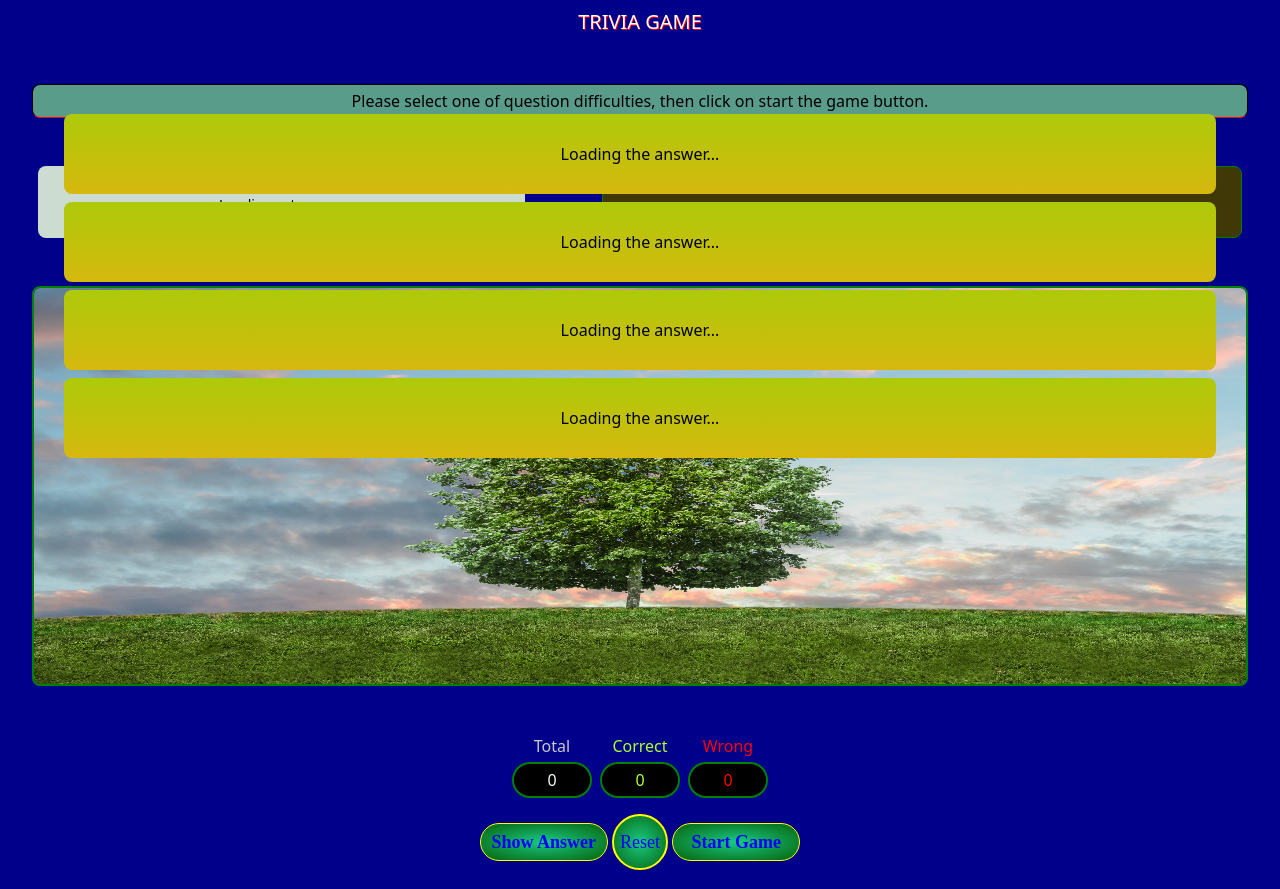
Repository: ShindanoSingi/bembe-trivia
Page: index.html
The author's editor kept a copy of each file at every save. The page is drawn from the files as they stood at one save, then again after the next save.
The browser window is 1280 px wide. The pictures show the whole page.
Some web libraries are served in a nearby version.

Above is the page before, as saved 2022-09-08 01:01:37.

After the next save:
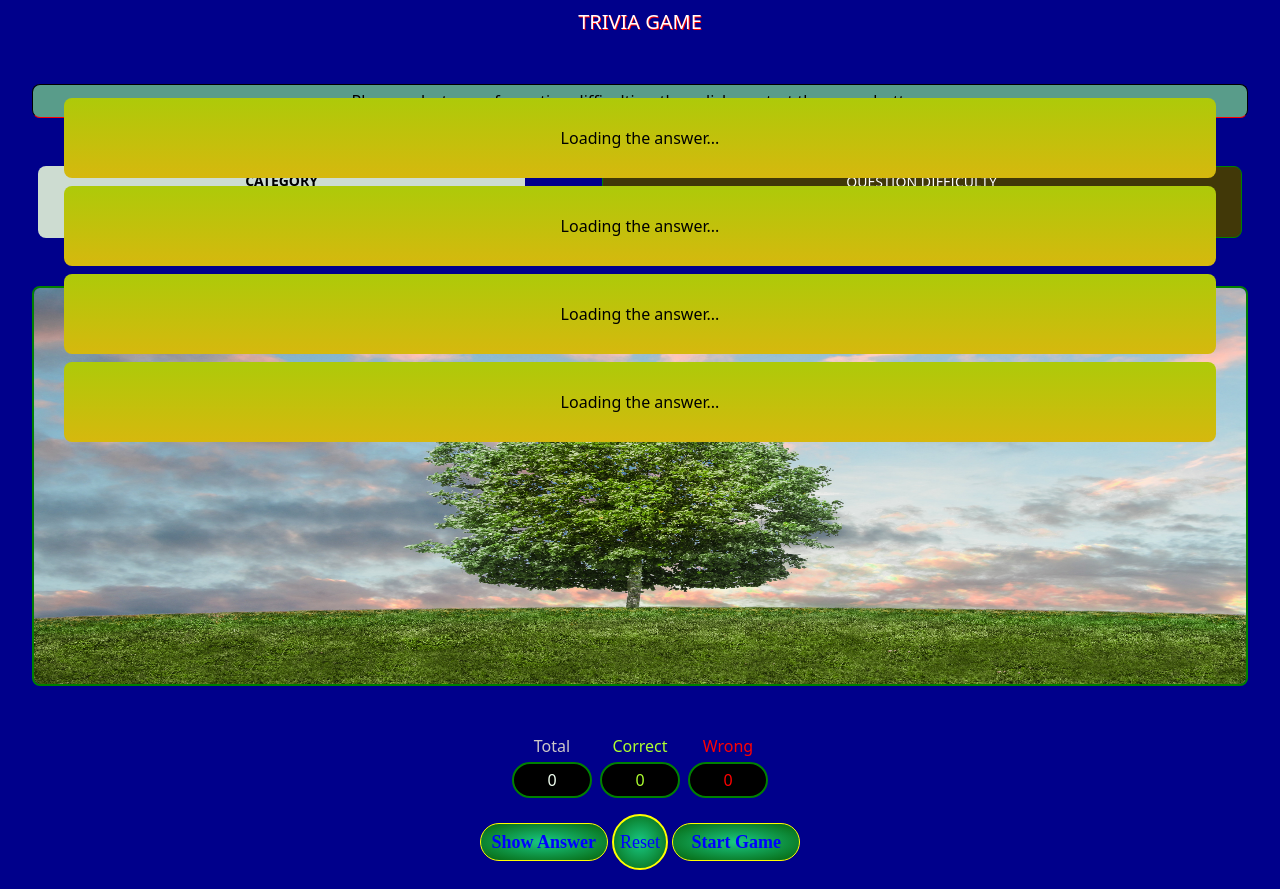
Saved 5 s later.
--- a/index.html
+++ b/index.html
@@ -34,7 +34,7 @@
             </div>
             <div class="imgAndQuestions">
                 <img class="w-[95vw] h-[25rem] mx-auto" src="pexels-skitterphoto-9198.jpg" alt="nature image">
-                <div class="answersButtons absolute bottom-[16.4rem] ml-[5vw] flex space-y-2 items-center  flex-col">
+                <div class="answersButtons absolute bottom-[17.4rem] ml-[5vw] flex space-y-2 items-center  flex-col">
                     <button class="showAnswer w-[90vw] p-1 absolute bottom-[17rem] mx-auto text-sm h-[5rem]">Loading the answer...</button>
                     <button class="response w-[90vw] p-1 text-center text-md h-[5rem]" id="response1">Loading the answer...</button>
                     <button class="response w-[90vw] p-1 text-md h-[5rem]" id="response2">Loading the answer...</button>
